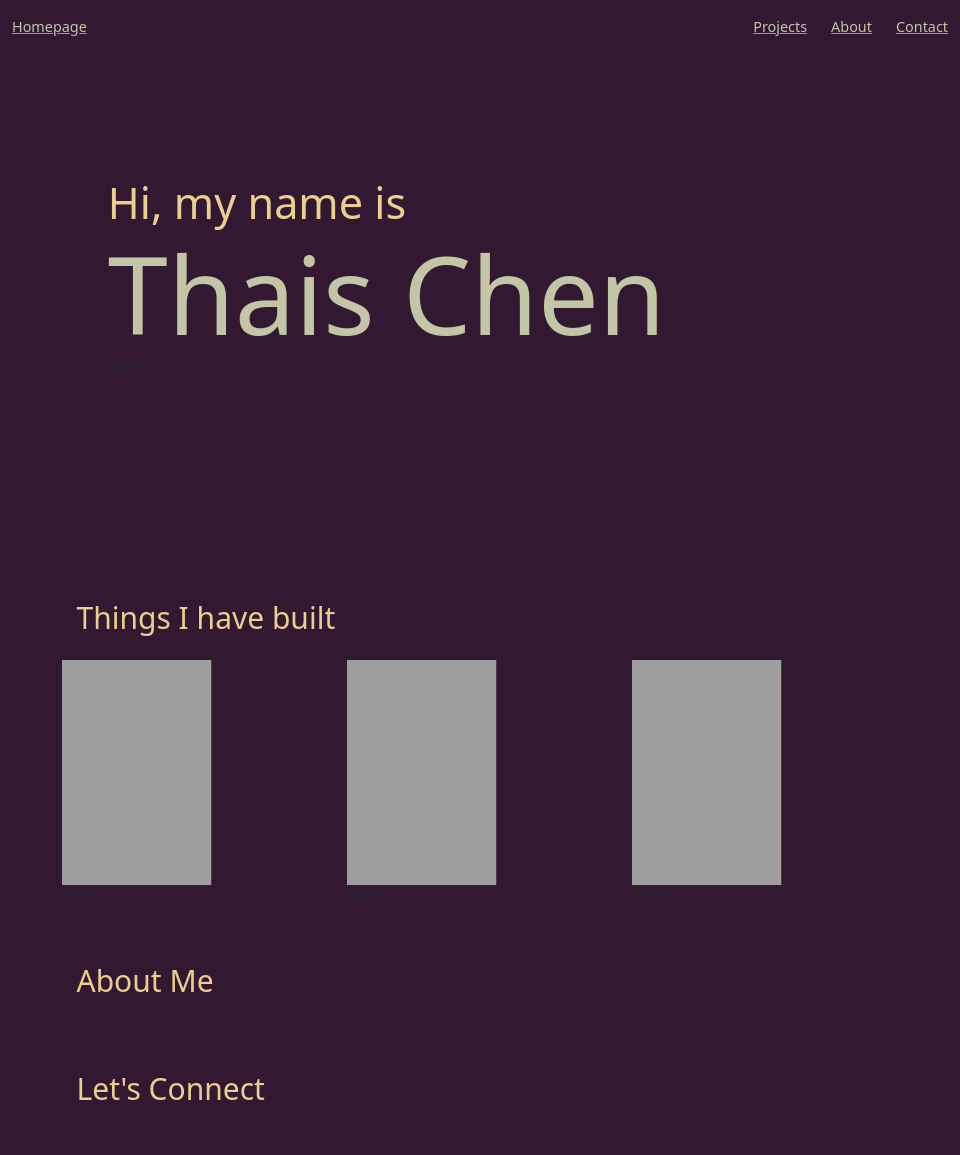
Repository: thais-chen/Portfolio
Page: index.html
The author's editor kept a copy of each file at every save. The page is drawn from the files as they stood at one save, then again after the next save.
The browser window is 1280 px wide. The pictures show the whole page, at 75% of full size.
Pictures or frames that could not be fetched are drawn as grey boxes.

Above is the page before, as saved 2022-06-17 19:38:59.

### index.html
<!DOCTYPE html>
<html lang="en">
  <head>
    <meta charset="UTF-8">
    <meta name="viewport" content="width=device-width, initial-scale=1.0">
    <meta http-equiv="X-UA-Compatible" content="ie=edge">
    <title>Thais Chen</title>
    <!-- CSS only -->
<link href="https://cdn.jsdelivr.net/npm/bootstrap@5.2.0-beta1/dist/css/bootstrap.min.css" rel="stylesheet"
    integrity="sha384-0evHe/X+R7YkIZDRvuzKMRqM+OrBnVFBL6DOitfPri4tjfHxaWutUpFmBp4vmVor" crossorigin="anonymous">
<link rel="stylesheet" href="./style.css">
  </head>
  <body>
    <header>
        <nav class="navbar">
            <ul>
                <li class="nav-icon"><a href="#contact" > Contact</a></li>
                <li><a href="#about"> About</a> </li>
                <li><a href="#projects"> Projects</a></li>
                <li style="float:left"><a href="#"> Homepage </a> </li>
            </ul>
        </nav>
    </header>
    <main>
        <div class="container">
        <section id="intro" class="row align-items-center">
            <div class="col">
                <h2>Hi, my name is </h2>
                <h1>Thais Chen</h1>
                <p>etcetc</p>
            </div>

        </section>
        <section id="projects" class="row ">
            <h3> Things I have built </h3>


                    <div class="col">
                        <img src="https://picsum.photos/id/237/200/300">
                        <p>
                            etcetc
                        </p>

                    </div>
                    <div class="col">
                        <img src="https://picsum.photos/id/237/200/300">
                        <p>
                            etcetc
                        </p>
                    </div>
                    <div class="col">
                        <img src="https://picsum.photos/id/237/200/300">
                        <p>
                            etcetc
                        </p>
                    </div>

        </section>
        <section id="about" class="row align-items-center">
            <h3> About Me</h3>
        </section>
        <section id="contact" class="row align-items-center">
            <h3>Let's Connect</h3>
        </section>
    </div>
    </main>
    <!-- JavaScript Bundle with Popper -->
    <script src="https://cdn.jsdelivr.net/npm/bootstrap@5.2.0-beta1/dist/js/bootstrap.bundle.min.js" integrity="sha384-pprn3073KE6tl6bjs2QrFaJGz5/SUsLqktiwsUTF55Jfv3qYSDhgCecCxMW52nD2" crossorigin="anonymous"></script>
	<script src="script.js"></script>
  </body>
</html>

### style.css
section{
    margin: 2rem;
}
body{
    background-color: #331832;
}
/*navbar*/
.navbar{
    display: block;
}
.navbar ul {
    list-style: none;
    padding: 0;
    margin: 0;
  }
  .navbar li {
    float: right;
  }
  .navbar li a {
    display: inline-block;
    text-align: center;
    color: #C2C6A7;
    padding: 14px 16px;
    font-size: larger;

}
/* introduction*/
#intro{
    min-height: 100vh;
}
#intro h3{
    color: #ECCE8E;
    font-size: 8vh;
    margin-bottom: 0;
    font-weight: 100;
}
#intro h1{
    color: #C2C6A7;
    font-size: 20vh;
    margin: 0;
}
/* projects */
#projects{

}

.container h2{
    color: #ECCE8E;
    font-size: 8vh;
    margin-bottom: 0;
    font-weight: 100;
}
.container h3{
    color: #ECCE8E;
    font-size: 2.5rem;
    margin-bottom: 0;
    font-weight: 100;
    padding: 2rem;
}

Loaded but not shown: script.js (no copy from this time; the picture is the same without it)

After the next save:
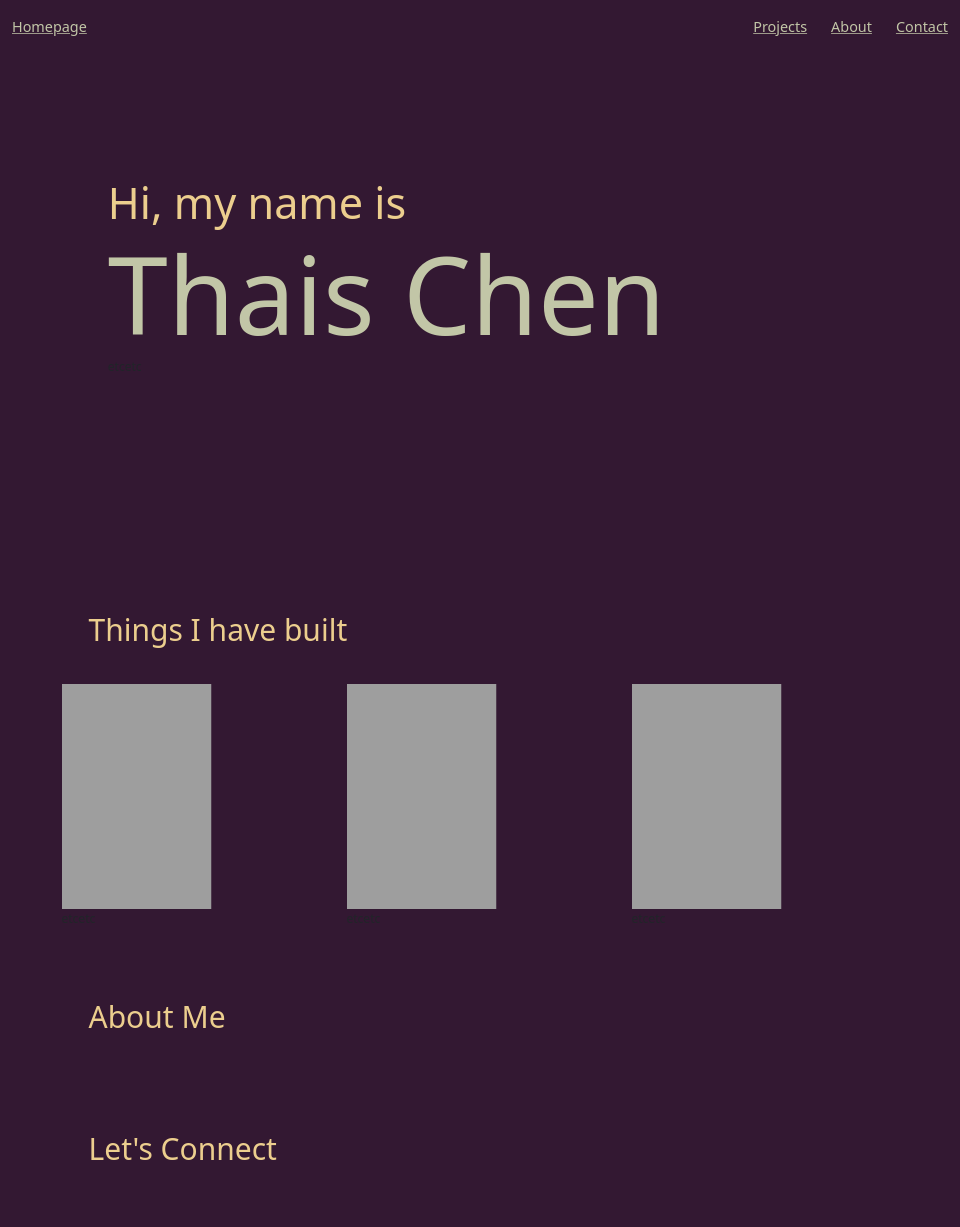
Saved 10 s later.
--- a/style.css
+++ b/style.css
@@ -55,5 +55,5 @@ body{
     font-size: 2.5rem;
     margin-bottom: 0;
     font-weight: 100;
-    padding: 2rem;
+    padding: 3rem;
 }
